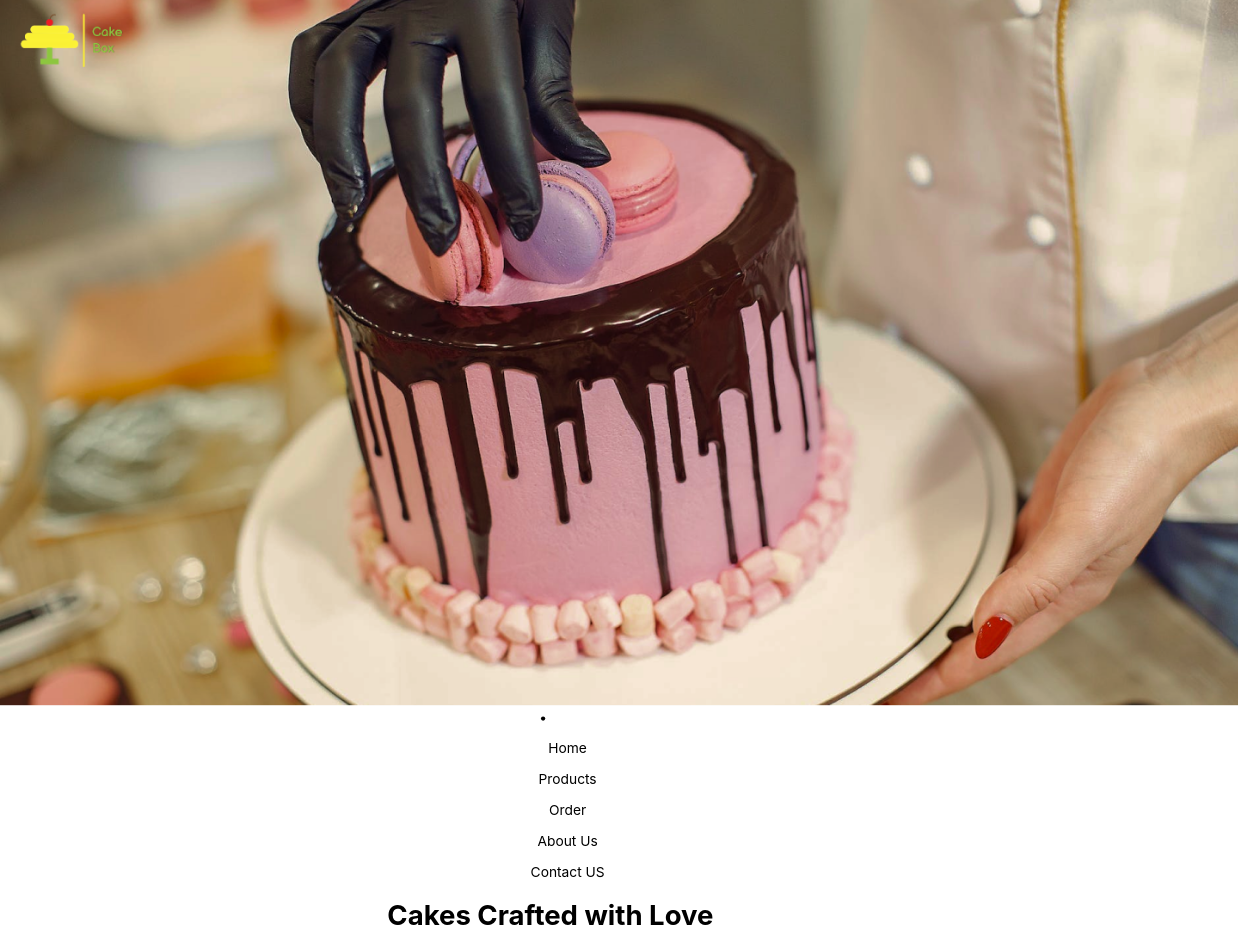
Repository: MEROO1010/cake-box
Page: /
An editor plug-in stored every save of this project. The page is shown before and after the next save, followed by the edit.
The browser window is 1280 px wide. The page is 1440 px wide, so the pictures cover 1440 px, including what lies to the right of the window. The pictures show the whole page, at 86% of full size.
The project was rebuilt for these pictures with package versions that can differ from the ones it lists, and the page was loaded fresh each time.

Above is the page before, as saved 2023-10-22 12:43:05.

After the next save:
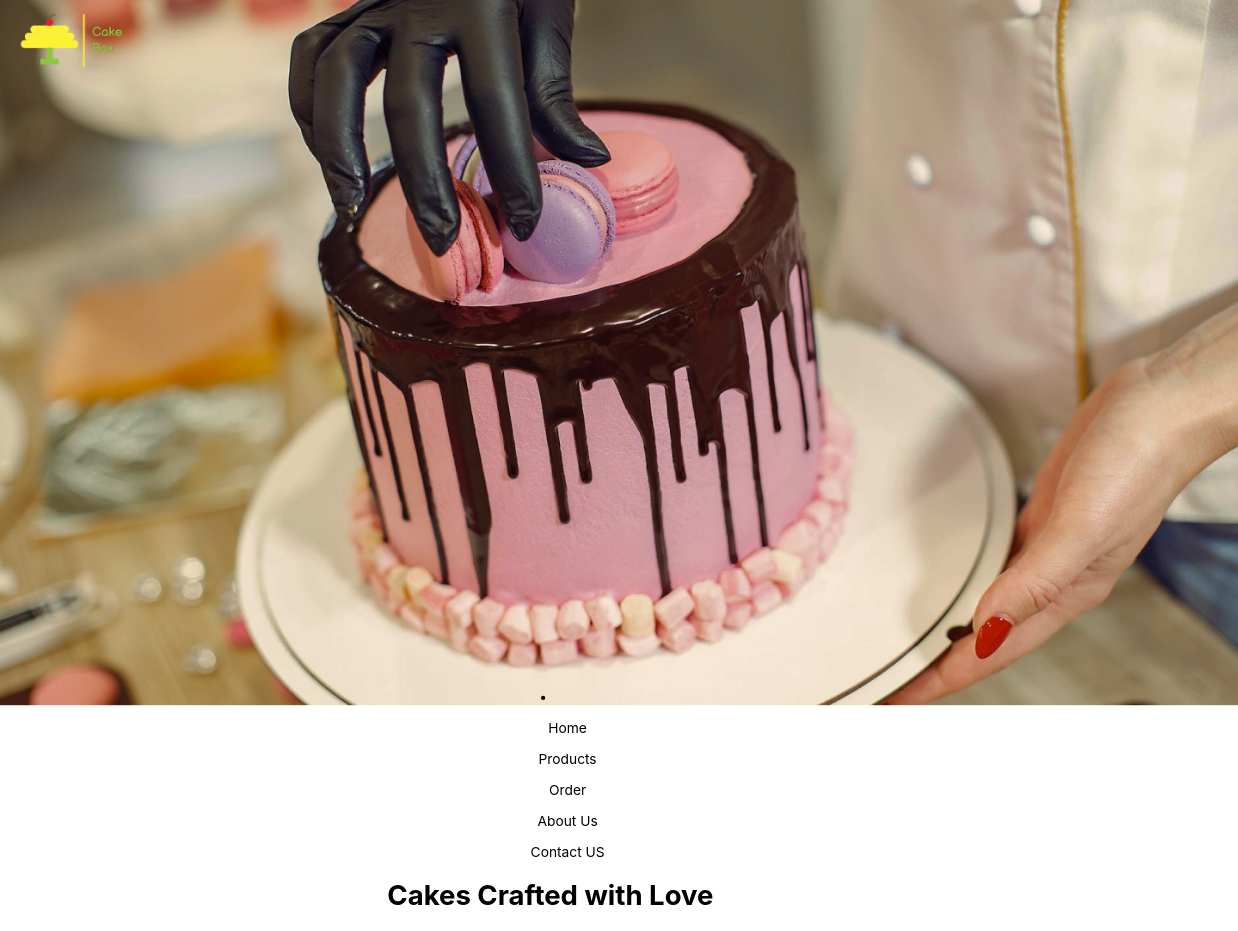
Saved 29 s later.
--- a/src/components/HomePage.jsx
+++ b/src/components/HomePage.jsx
@@ -45,8 +45,8 @@
  background-size: cover;
   background-position: center;
 
-  height: auto;
-max-width: 100%;
+  height: 800px;
+   max-width: 100%;
 
 
 `

After the 2 saves that followed:
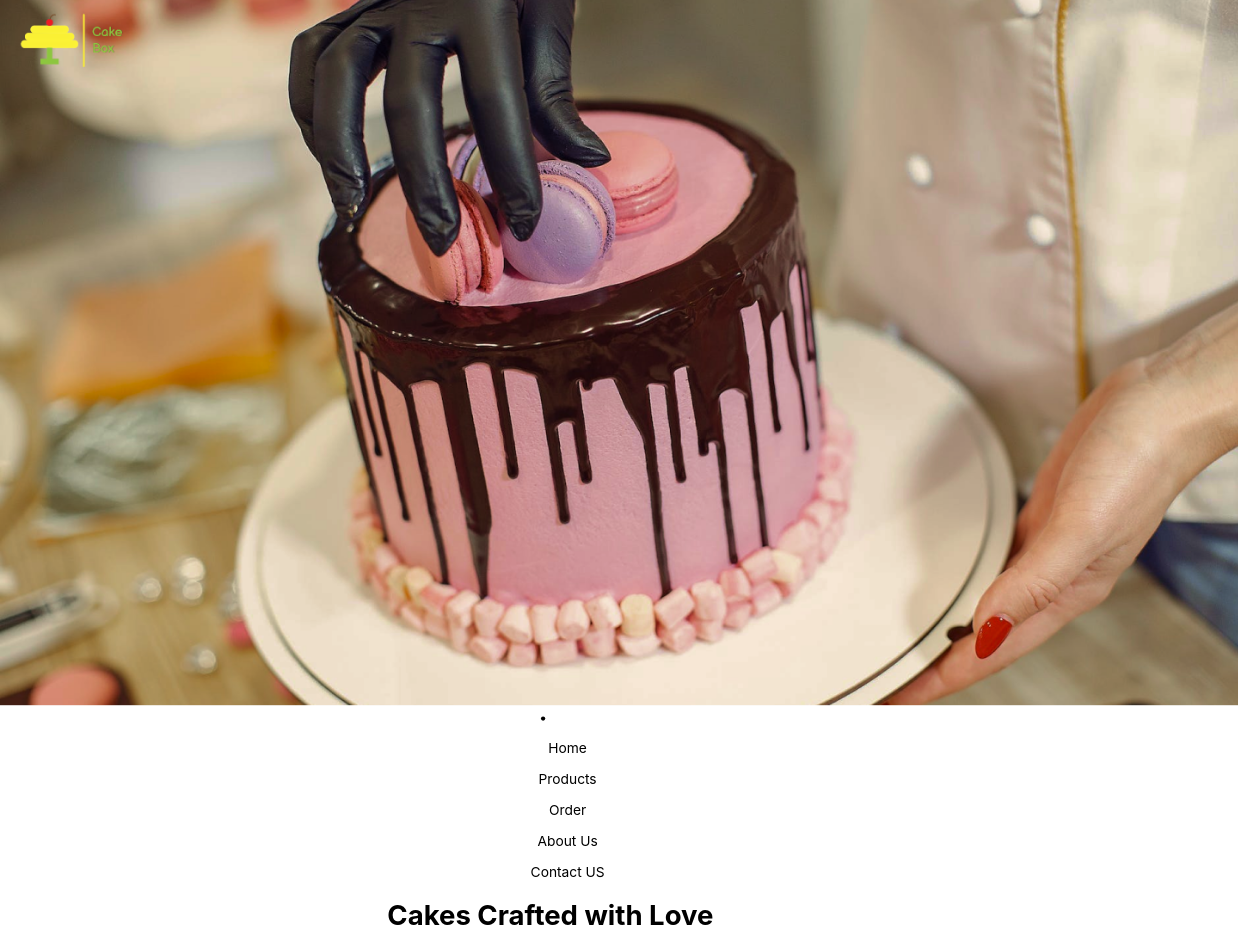
The 2 saves are shown as one change because 1 left the picture as it was.
The last was saved 45 s later.
--- a/src/components/HomePage.jsx
+++ b/src/components/HomePage.jsx
@@ -44,9 +44,8 @@
 const IMAGE = styled.div `
  background-size: cover;
   background-position: center;
+  object-fit: contain;
 
-  height: 800px;
-   max-width: 100%;
 
 
 `
